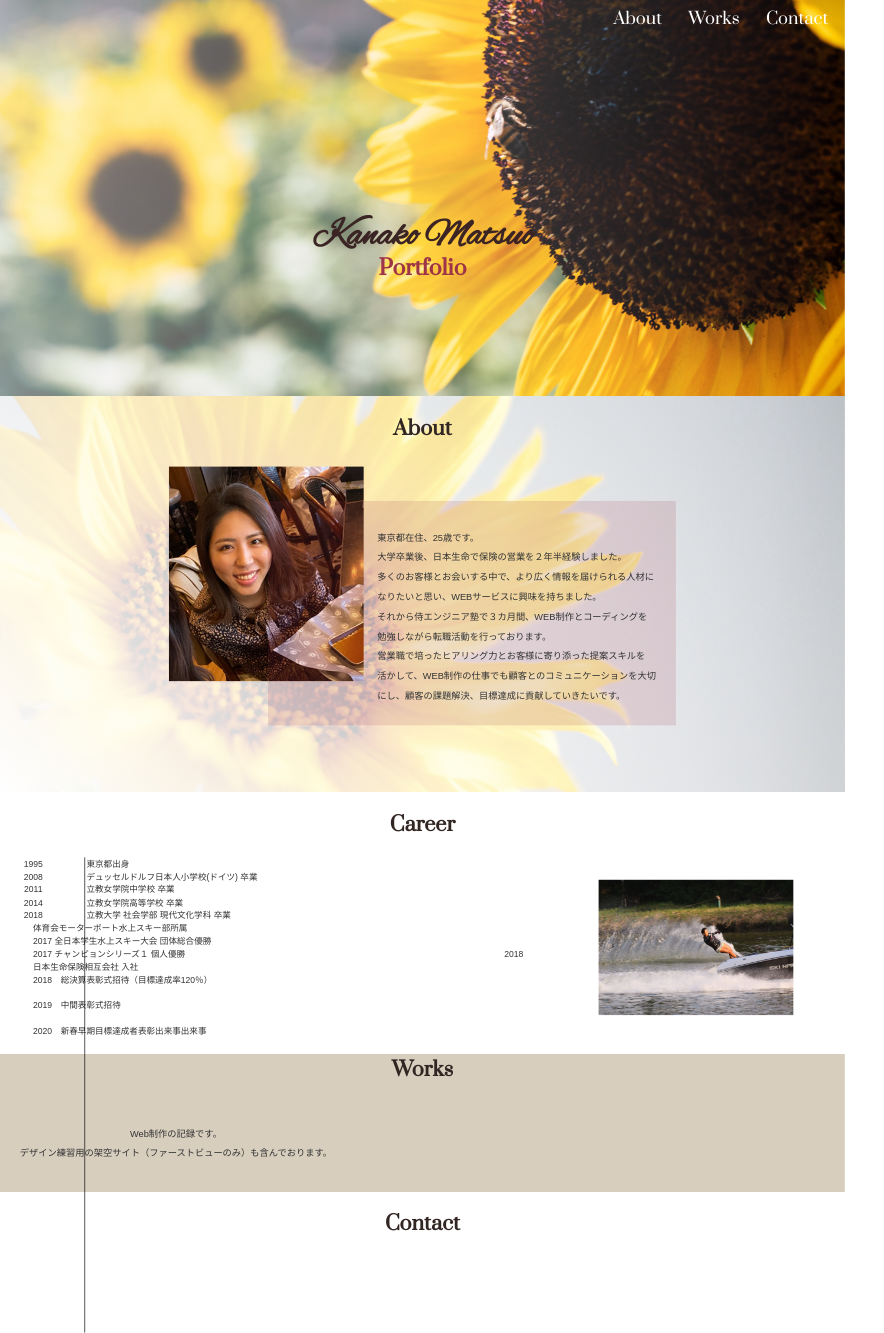
Repository: KanakoMatsuo/Portfolio
Page: index.html
The author's editor kept a record of every edit. The page is drawn from the files as they stood at one moment, then again after the next edit.
The browser window is 1280 px wide. The page is 1340 px wide, so the pictures cover 1340 px, including what lies to the right of the window. The pictures show the whole page, at 66% of full size.

Above is the page before.

After the next edit:
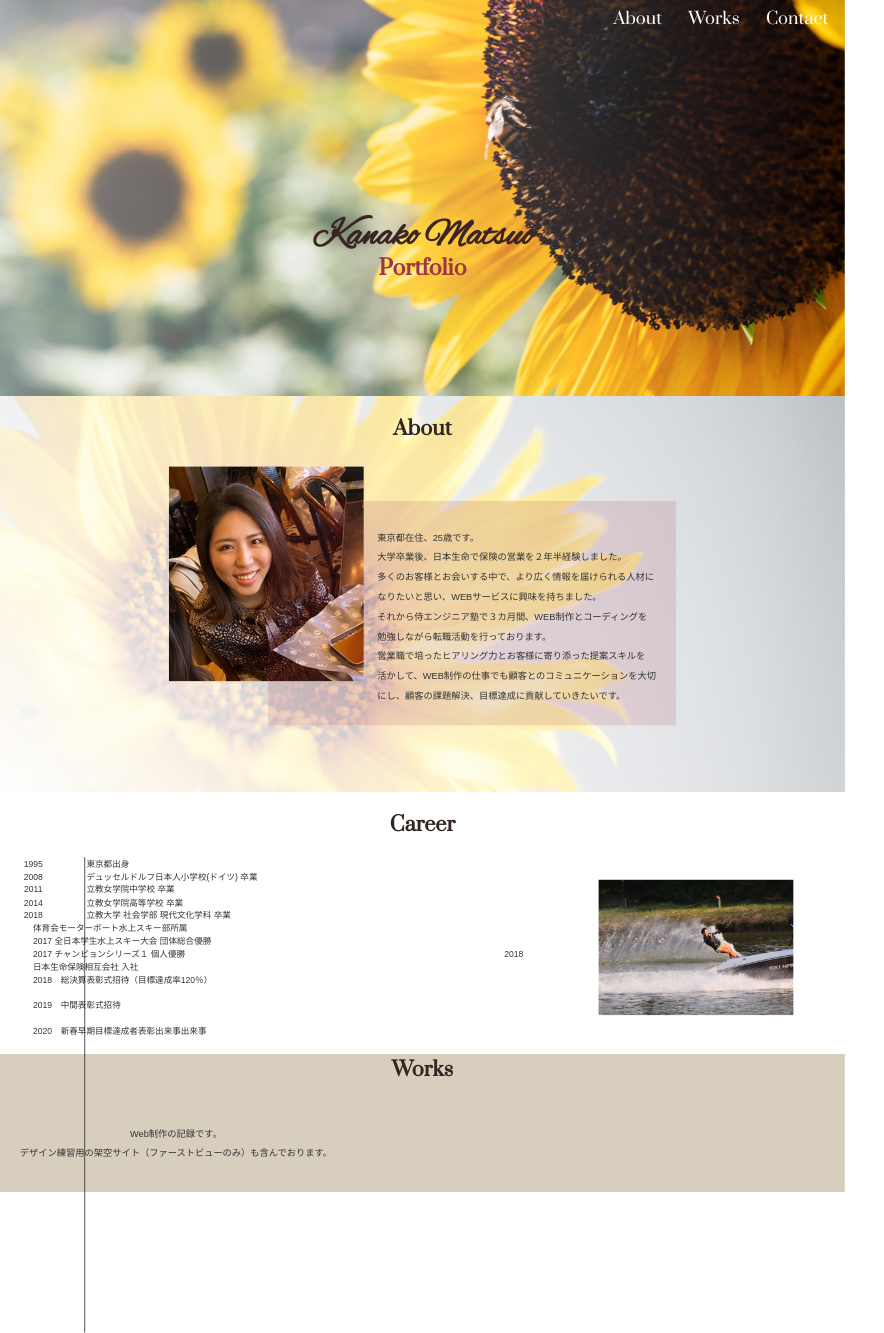
The edit:
--- a/Portfolio.css
+++ b/Portfolio.css
@@ -192,6 +192,14 @@
   width:100%;
 }
 
+.Contact{
+  background:url("./images/brianne-reed-5fKVGNg4QaM-unsplash.jpg") center/cover no-repeat;
+}
+
+.Contact h2{
+  color:#ffffff;
+}
+
 
 /* -------------------- wrapper -------------------- */
 #wrapper {
